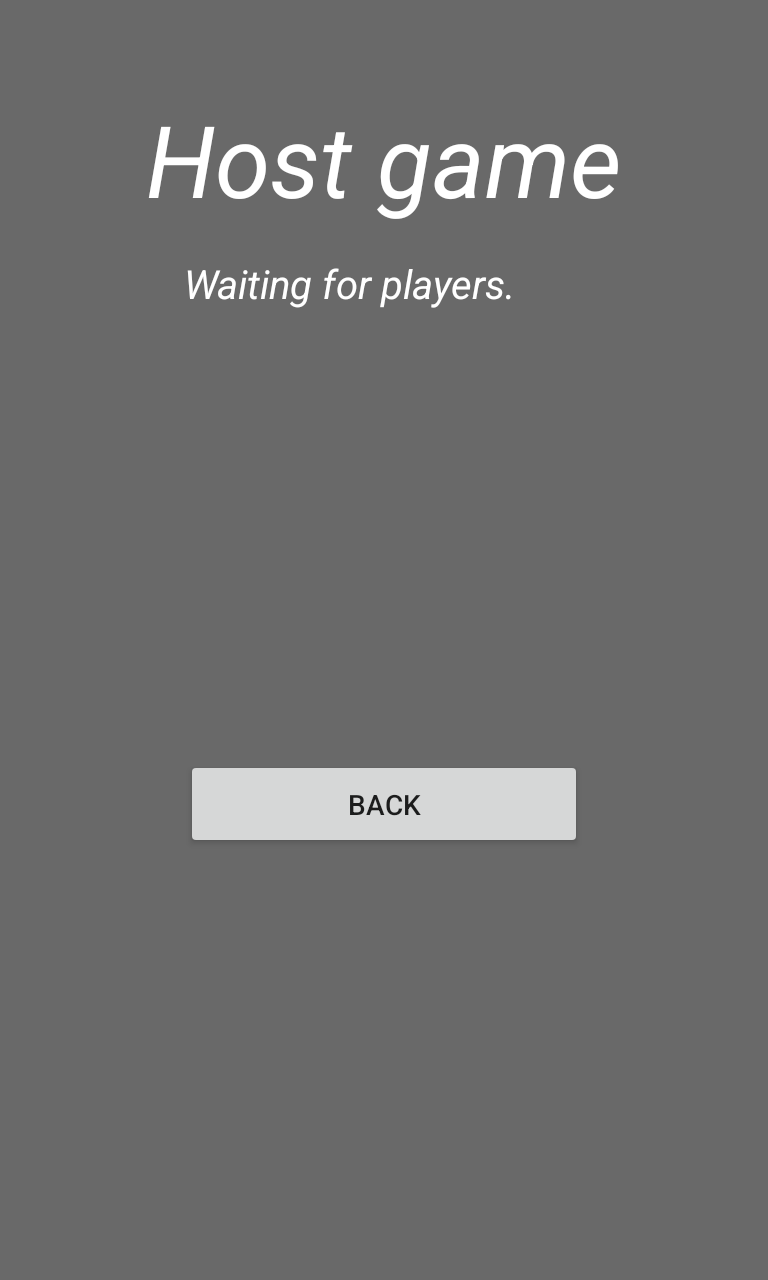
Repository: Hannanina/GuessTag
Layout: GuessTag/res/layout/activity_wait_guest.xml
These files come from the project's save history. The layout is drawn as it stood at one moment and after the next save; the edit follows.
It is drawn on a 768 x 1280 px phone screen (xhdpi) without system bars, with theme AppTheme; the app's code is not run. Lists and similar views that code fills are empty.

Above is the layout before, as saved 2014-12-10 15:10:01.

### GuessTag/res/layout/activity_wait_guest.xml
<LinearLayout xmlns:android="http://schemas.android.com/apk/res/android"
    xmlns:tools="http://schemas.android.com/tools"
    android:layout_width="match_parent"
    android:layout_height="match_parent"
    android:paddingBottom="@dimen/activity_vertical_margin"
    android:paddingLeft="@dimen/activity_horizontal_margin"
    android:paddingRight="@dimen/activity_horizontal_margin"
    android:paddingTop="@dimen/activity_vertical_margin"
    android:orientation="vertical"
    android:background="@color/DimGray"
    tools:context="com.example.guesstag.WaitGuestActivity" >

    <TextView
        android:id="@+id/guest_wait_heading"
        android:layout_marginTop="30dp"
        android:layout_marginBottom="15dp"
        android:layout_width="wrap_content"
	    android:layout_height="wrap_content"
	    android:layout_gravity="center"
	    android:text="@string/host_wait_heading"
	    android:textStyle="italic"
	    android:textSize="50sp"
	    android:textColor="@color/White">
    </TextView>

    <LinearLayout
        android:id="@+id/host_list_container"
        android:orientation="vertical"
        android:layout_width="200dp"
        android:layout_height="250dp"
        android:layout_gravity="center" >

   		<TextView
        	android:id="@+id/waiting_for_players"
        	android:layout_width="wrap_content"
	    	android:layout_height="wrap_content"
	    	android:text="@string/waiting_for_players"
	    	android:textStyle="italic"
	    	android:textSize="20sp"
	    	android:textColor="@color/White">
    	</TextView>

   		<ListView
   		    android:id="@+id/listOfPlayers"
   		    android:layout_width="match_parent"
   		    android:layout_height="fill_parent"
   		     >

   		</ListView>
    </LinearLayout>

    <Button
	    android:id="@+id/button_back"
	    android:layout_width="200dp"
	    android:layout_height="48dp"
	    android:layout_gravity="center"
	    android:text="@string/button_back"
	    android:onClick="onClickBack">
	</Button>

</LinearLayout>

### GuessTag/res/values/colors.xml
<?xml version="1.0" encoding="utf-8"?>
<resources>
 <color name="white">#FFFFFF</color>
 <color name="yellow">#FFFF00</color>
 <color name="fuchsia">#FF00FF</color>
 <color name="red">#FF0000</color>
 <color name="silver">#C0C0C0</color>
 <color name="gray">#808080</color>
 <color name="olive">#808000</color>
 <color name="purple">#800080</color>
 <color name="maroon">#800000</color>
 <color name="aqua">#00FFFF</color>
 <color name="lime">#00FF00</color>
 <color name="teal">#008080</color>
 <color name="green">#008000</color>
 <color name="blue">#0000FF</color>
 <color name="navy">#000080</color>
 <color name="black">#000000</color>


 <color name="White">#FFFFFF</color>
 <color name="Ivory">#FFFFF0</color>
 <color name="LightYellow">#FFFFE0</color>
 <color name="Yellow">#FFFF00</color>
 <color name="Snow">#FFFAFA</color>
 <color name="FloralWhite">#FFFAF0</color>
 <color name="LemonChiffon">#FFFACD</color>
 <color name="Cornsilk">#FFF8DC</color>
 <color name="Seashell">#FFF5EE</color>
 <color name="LavenderBlush">#FFF0F5</color>
 <color name="PapayaWhip">#FFEFD5</color>
 <color name="BlanchedAlmond">#FFEBCD</color>
 <color name="MistyRose">#FFE4E1</color>
 <color name="Bisque">#FFE4C4</color>
 <color name="Moccasin">#FFE4B5</color>
 <color name="NavajoWhite">#FFDEAD</color>
 <color name="PeachPuff">#FFDAB9</color>
 <color name="Gold">#FFD700</color>
 <color name="Pink">#FFC0CB</color>
 <color name="LightPink">#FFB6C1</color>
 <color name="Orange">#FFA500</color>
 <color name="LightSalmon">#FFA07A</color>
 <color name="DarkOrange">#FF8C00</color>
 <color name="Coral">#FF7F50</color>
 <color name="HotPink">#FF69B4</color>
 <color name="Tomato">#FF6347</color>
 <color name="OrangeRed">#FF4500</color>
 <color name="DeepPink">#FF1493</color>
 <color name="Fuchsia">#FF00FF</color>
 <color name="Magenta">#FF00FF</color>
 <color name="Red">#FF0000</color>
 <color name="OldLace">#FDF5E6</color>
 <color name="LightGoldenrodYellow">#FAFAD2</color>
 <color name="Linen">#FAF0E6</color>
 <color name="AntiqueWhite">#FAEBD7</color>
 <color name="Salmon">#FA8072</color>
 <color name="GhostWhite">#F8F8FF</color>
 <color name="MintCream">#F5FFFA</color>
 <color name="WhiteSmoke">#F5F5F5</color>
 <color name="Beige">#F5F5DC</color>
 <color name="Wheat">#F5DEB3</color>
 <color name="SandyBrown">#F4A460</color>
 <color name="Azure">#F0FFFF</color>
 <color name="Honeydew">#F0FFF0</color>
 <color name="AliceBlue">#F0F8FF</color>
 <color name="Khaki">#F0E68C</color>
 <color name="LightCoral">#F08080</color>
 <color name="PaleGoldenrod">#EEE8AA</color>
 <color name="Violet">#EE82EE</color>
 <color name="DarkSalmon">#E9967A</color>
 <color name="Lavender">#E6E6FA</color>
 <color name="LightCyan">#E0FFFF</color>
 <color name="BurlyWood">#DEB887</color>
 <color name="Plum">#DDA0DD</color>
 <color name="Gainsboro">#DCDCDC</color>
 <color name="Crimson">#DC143C</color>
 <color name="PaleVioletRed">#DB7093</color>
 <color name="Goldenrod">#DAA520</color>
 <color name="Orchid">#DA70D6</color>
 <color name="Thistle">#D8BFD8</color>
 <color name="LightGrey">#D3D3D3</color>
 <color name="Tan">#D2B48C</color>
 <color name="Chocolate">#D2691E</color>
 <color name="Peru">#CD853F</color>
 <color name="IndianRed">#CD5C5C</color>
 <color name="MediumVioletRed">#C71585</color>
 <color name="Silver">#C0C0C0</color>
 <color name="DarkKhaki">#BDB76B</color>
 <color name="RosyBrown">#BC8F8F</color>
 <color name="MediumOrchid">#BA55D3</color>
 <color name="DarkGoldenrod">#B8860B</color>
 <color name="FireBrick">#B22222</color>
 <color name="PowderBlue">#B0E0E6</color>
 <color name="LightSteelBlue">#B0C4DE</color>
 <color name="PaleTurquoise">#AFEEEE</color>
 <color name="GreenYellow">#ADFF2F</color>
 <color name="LightBlue">#ADD8E6</color>
 <color name="DarkGray">#A9A9A9</color>
 <color name="Brown">#A52A2A</color>
 <color name="Sienna">#A0522D</color>
 <color name="YellowGreen">#9ACD32</color>
 <color name="DarkOrchid">#9932CC</color>
 <color name="PaleGreen">#98FB98</color>
 <color name="DarkViolet">#9400D3</color>
 <color name="MediumPurple">#9370DB</color>
 <color name="LightGreen">#90EE90</color>
 <color name="DarkSeaGreen">#8FBC8F</color>
 <color name="SaddleBrown">#8B4513</color>
 <color name="DarkMagenta">#8B008B</color>
 <color name="DarkRed">#8B0000</color>
 <color name="BlueViolet">#8A2BE2</color>
 <color name="LightSkyBlue">#87CEFA</color>
 <color name="SkyBlue">#87CEEB</color>
 <color name="Gray">#808080</color>
 <color name="Olive">#808000</color>
 <color name="Purple">#800080</color>
 <color name="Maroon">#800000</color>
 <color name="Aquamarine">#7FFFD4</color>
 <color name="Chartreuse">#7FFF00</color>
 <color name="LawnGreen">#7CFC00</color>
 <color name="MediumSlateBlue">#7B68EE</color>
 <color name="LightSlateGray">#778899</color>
 <color name="SlateGray">#708090</color>
 <color name="OliveDrab">#6B8E23</color>
 <color name="SlateBlue">#6A5ACD</color>
 <color name="DimGray">#696969</color>
 <color name="MediumAquamarine">#66CDAA</color>
 <color name="CornflowerBlue">#6495ED</color>
 <color name="CadetBlue">#5F9EA0</color>
 <color name="DarkOliveGreen">#556B2F</color>
 <color name="Indigo">#4B0082</color>
 <color name="MediumTurquoise">#48D1CC</color>
 <color name="DarkSlateBlue">#483D8B</color>
 <color name="SteelBlue">#4682B4</color>
 <color name="RoyalBlue">#4169E1</color>
 <color name="Turquoise">#40E0D0</color>
 <color name="MediumSeaGreen">#3CB371</color>
 <color name="LimeGreen">#32CD32</color>
 <color name="DarkSlateGray">#2F4F4F</color>
 <color name="SeaGreen">#2E8B57</color>
 <color name="ForestGreen">#228B22</color>
 <color name="LightSeaGreen">#20B2AA</color>
 <color name="DodgerBlue">#1E90FF</color>
 <color name="MidnightBlue">#191970</color>
 <color name="Aqua">#00FFFF</color>
 <color name="Cyan">#00FFFF</color>
 <color name="SpringGreen">#00FF7F</color>
 <color name="Lime">#00FF00</color>
 <color name="MediumSpringGreen">#00FA9A</color>
 <color name="DarkTurquoise">#00CED1</color>
 <color name="DeepSkyBlue">#00BFFF</color>
 <color name="DarkCyan">#008B8B</color>
 <color name="Teal">#008080</color>
 <color name="Green">#008000</color>
 <color name="DarkGreen">#006400</color>
 <color name="Blue">#0000FF</color>
 <color name="MediumBlue">#0000CD</color>
 <color name="DarkBlue">#00008B</color>
 <color name="Navy">#000080</color>
 <color name="Black">#000000</color>
</resources>

### GuessTag/res/values/strings.xml
<?xml version="1.0" encoding="utf-8"?>
<resources>

    <string name="app_name">guess#</string>
    <string name="hello_world">Hello world!</string>
    <string name="action_settings">Settings</string>

    <!-- BACK BUTTON -->
    <string name="button_back">Back</string>

    <!-- START ACTIVITY -->
    <string name="start_heading">guess#</string>
    <string name="button_start">New game</string>
    <string name="button_highscore">Highscore</string>
    <string name="button_rules">Rules</string>
    <string name="title_activity_rules">RulesActivity</string>

    <!-- RULES ACTIVITY -->
    <string name="rules_heading">Rules</string>
    <string name="rules_text">Lorem ipsum dolor sit amet, consectetuer adipiscing elit, sed diam nonummy nibh euismod tincidunt ut laoreet dolore magna aliquam erat volutpat. Ut wisi enim ad minim veniam, quis nostrud exerci tation ullamcorper suscipit lobortis nisl ut aliquip ex ea commodo consequat. Duis autem vel eum iriure dolor in hendrerit in vulputate velit esse molestie consequat, vel illum dolore eu feugiat nulla facilisis at vero eros et accumsan et iusto odio dignissim qui blandit praesent luptatum zzril delenit augue duis dolore te feugait nulla facilisi. Nam liber tempor cum soluta nobis eleifend option congue nihil imperdiet doming id quod mazim placerat facer possim assum. Typi non habent claritatem insitam; est usus legentis in iis qui facit eorum claritatem. Investigationes demonstraverunt lectores legere me lius quod ii legunt saepius. Claritas est etiam processus dynamicus, qui sequitur mutationem consuetudium lectorum. Mirum est notare quam littera gothica, quam nunc putamus parum claram, anteposuerit litterarum formas humanitatis per seacula quarta decima et quinta decima. Eodem modo typi, qui nunc nobis videntur parum clari, fiant sollemnes in futurum.</string>

    <!-- NEW ACTIVITY -->
    <string name="new_heading">New game</string>
    <string name="button_host">Host game</string>
    <string name="button_join">Join game</string>

    <!-- HOST ACTIVITY -->
    <string name="host_heading">Host game</string>
    <string name="game_name_instruction">Input game name</string>
    <string name="difficulty_setting_instruction">Set difficulty</string>
    <string name="input_game_name">Input game name</string>
    <string name="difficulty_setting_level">medium</string>
    <string name="button_create">Create game</string>

    <!-- WAIT HOST ACTIVITY -->
    <string name="host_wait_heading">Host game</string>
    <string name="waiting_for_players">Waiting for players.</string>
    <string name="button_start_game">Start game</string>

    <!-- WAIT GUEST ACTIVITY -->
    <string name="guest_wait_heading">Finding games.</string>

    <!-- INPUT TAG ACTIVITY -->
    <string name="title_activity_input_tag">InputTagActivity</string>
    <string name="title_activity_select_tagger">SelectTaggerActivity</string>

    <!-- TIMER ACTIVITY -->
    <string name="title_activity_timer">TimerActivity</string>
    <string name="title_activity_host">HostActivity</string>
    <string name="title_activity_guess_tag">GuessTagActivity</string>
    <string name="title_activity_result_round">ResultRoundActivity</string>
    <string name="title_activity_join_game">JoinGameActivity</string>
    <string name="title_activity_result_final">ResultFinalActivity</string>

    <!-- HIGHSCORE ACTIVITY -->
    <string name="title_activity_highscore">HighscoreActivity</string>
    <string name="title_section1">Easy</string>
    <string name="title_section2">Medium</string>
    <string name="title_section3">Hard</string>
    <string name="title_activity_wait_host">WaitHostActivity</string>
    <string name="title_activity_wait_guest">WaitGuestActivity</string>

</resources>

Loaded but not shown: GuessTag/res/values/styles.xml (common file); GuessTag/res/values-v11/styles.xml (common file); GuessTag/res/values-v14/styles.xml (common file); GuessTag/res/values/dimens.xml (common file); GuessTag/res/values-w820dp/dimens.xml (common file)

After the next save:
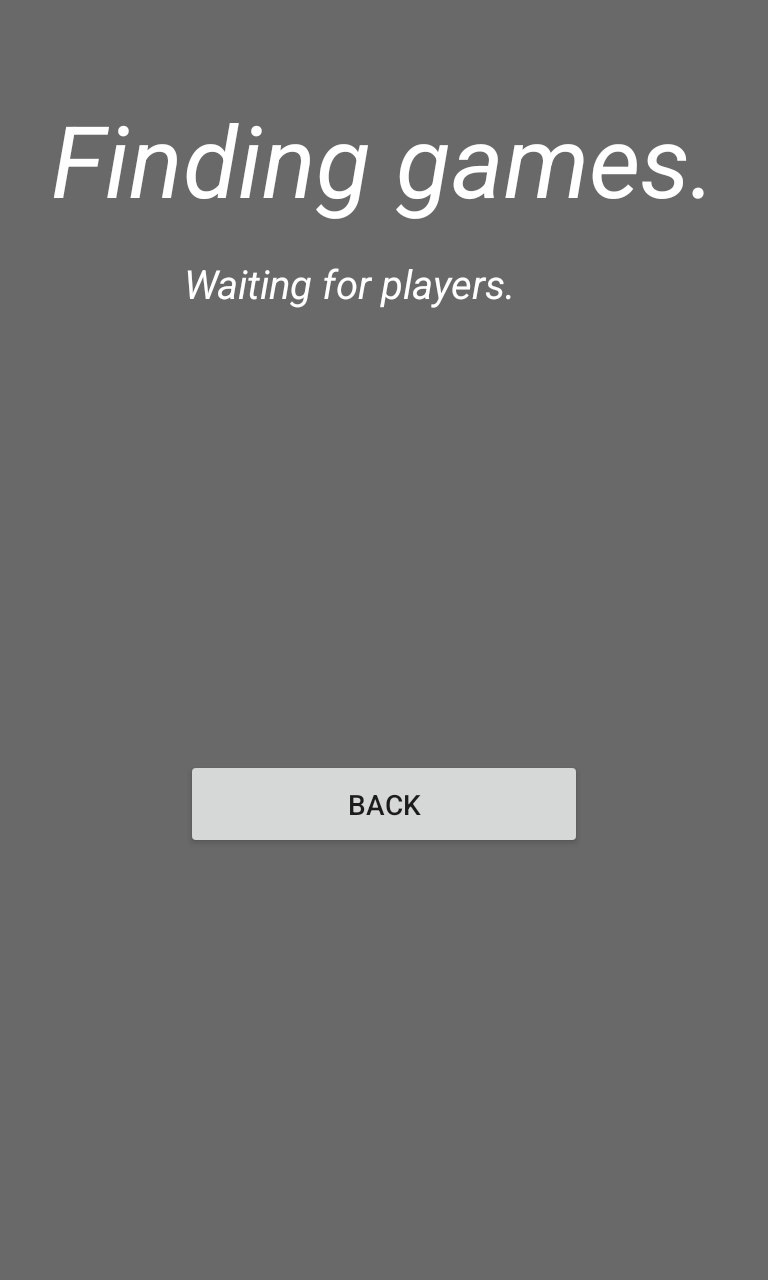
Saved 5 s later.
--- a/GuessTag/res/layout/activity_wait_guest.xml
+++ b/GuessTag/res/layout/activity_wait_guest.xml
@@ -17,7 +17,7 @@
         android:layout_width="wrap_content"
 	    android:layout_height="wrap_content"
 	    android:layout_gravity="center"
-	    android:text="@string/host_wait_heading"
+	    android:text="@string/guest_wait_heading"
 	    android:textStyle="italic"
 	    android:textSize="50sp"
 	    android:textColor="@color/White">
